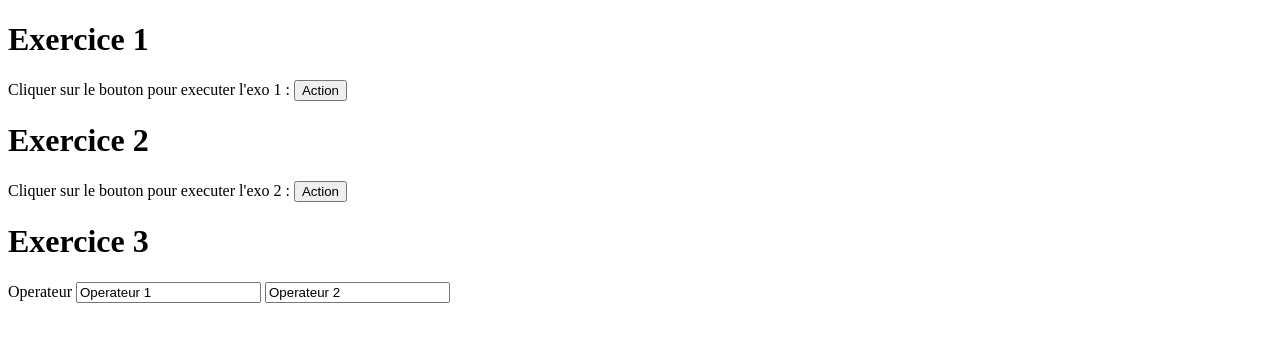
Repository: AgatheLM/formation_js
Page: insee-travaux-js/insee-client-js/exo1.html
The author's editor kept a copy of each file at every save. The page is drawn from the files as they stood at one save, then again after the next save.
The browser window is 1280 px wide. The pictures show the whole page.

Above is the page before, as saved 2018-01-24 11:27:03.

### insee-travaux-js/insee-client-js/exo1.html
<!DOCTYPE html>
<html>
<head>
<meta charset="utf-8">
<meta http-equiv="X-UA-Compatible" content="IE=edge">
<title>Ma page de calcul</title>
<script type="text/javascript" src="scripts/main.js"></script>
</head>
<body>

	<h1> Exercice 1 </h1>
	<form action="">
		Cliquer sur le bouton pour executer l'exo 1 : <input type="button"
			value="Action" onclick="main()" />
	</form>

	<h1> Exercice 2 </h1>
	<form action="">
		Cliquer sur le bouton pour executer l'exo 2 : <input type="button"
			value="Action" onclick="main_exo2()" />
	</form>

	<h1> Exercice 3 </h1>
	<form action="">
		<tr>
			<td><label for="operateur" /> Operateur </td>
			<td><input type="test" name="op1" id="op1" value="Operateur 1" /> </td>
			<td><input type="test" name="op2" id="op2" value="Operateur 2" /> </td>
		</tr>

	</form>


</body>
</html>

### insee-travaux-js/insee-client-js/scripts/main.js
function main(){

	// Exercice 1
	try{
		// 1 - Demande à l'utilisateur
		var largeur = prompt ('Renseigner la largeur?','');
		var longueur = prompt ('Renseigner la longueur?','');
		//2. Appel aux fonctions utilitaires
		var surface=calculSurface(longueur, largeur);
		var perimetre=calculPerimetre(longueur, largeur);
		//3. Affichage du résultat
		alert ("La surface est de " + surface);
		alert ("Le périmètre est de " + perimetre);
	} catch(e) {
		console.log(e);
	}


}

function main_exo2(){

	/*Exercice 2 : Manipulation des tableaux
	Nous souhaitons afficher les éléments d’un tableau selon l’indice fourni par un utilisateur.
	Cette action sera répétée autant de fois jusqu’à ce que l’utilisateur saisisse le nombre « -1 » pour sortir.
	Travail à faire :
	- Coder une fonction qui initialisera le tableau ci dessous :
	var tab = new Array("Hollande","ZOME","Sarkozy","LE PEN","LE MAIRE","VALLS"
	- Faire pointer l’action du bouton sur cette nouvelle fonction.
	*/

	try{
		var tab = initTableau();
		var max=tab.length;
		var i = 0;
		while (i!=-1 ){
			i = parseInt(prompt ('Quel élément voulez vous?'));
			if ( i<max){
				alert(afficheElement(tab,i));
				//i = prompt ('Quel élément voulez vous?');
			} else  {
				alert ("Indice incorrect, il n'y a que " + max + " élements");
				//i = prompt ('Quel élément voulez vous?');
			}
		}

	} catch(e) {
		console.log(e);
	}


}



/*************************
* Sous fonctions exo 1   *
*************************/


	function calculSurface (longueur, largeur)  {
		try {
			surface=longueur*largeur;
			return surface;
		} catch(e){
			console.log(e);
		}

	}

	function calculPerimetre (longueur, largeur){
		try {
			perimetre=2*longueur+2*largeur;
			return perimetre;
		}catch(e){
			console.log(e);
		}

	}


/*************************
* Sous fonctions exo 2   *
*************************/

	function initTableau(){
		return new Array("Hollande","ZOME","Sarkozy","LE PEN","LE MAIRE","VALLS");
	}


	function afficheElement(tab, i){
		return tab[i];
	}

After the next save:
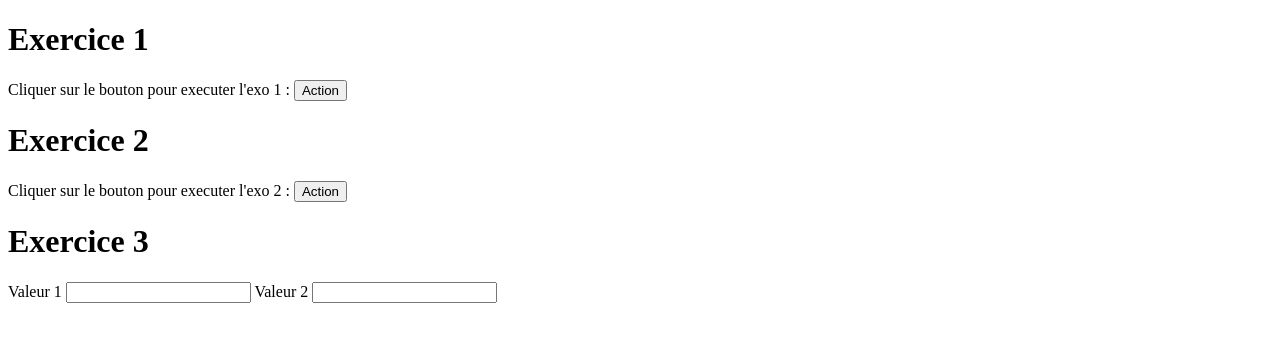
Saved 84 s later.
--- a/insee-travaux-js/insee-client-js/exo1.html
+++ b/insee-travaux-js/insee-client-js/exo1.html
@@ -23,11 +23,13 @@
 	<h1> Exercice 3 </h1>
 	<form action="">
 		<tr>
-			<td><label for="operateur" /> Operateur </td>
-			<td><input type="test" name="op1" id="op1" value="Operateur 1" /> </td>
-			<td><input type="test" name="op2" id="op2" value="Operateur 2" /> </td>
+			<td><label for="val1" /> Valeur 1 </td>
+			<td><input type="text" name="val1" id="val1" /> </td>
 		</tr>
-
+		<tr>
+			<td><label for="val2" /> Valeur 2 </td>
+			<td><input type="text" name="val2" id="val2" /> </td>
+		</tr>
 	</form>
 
 
